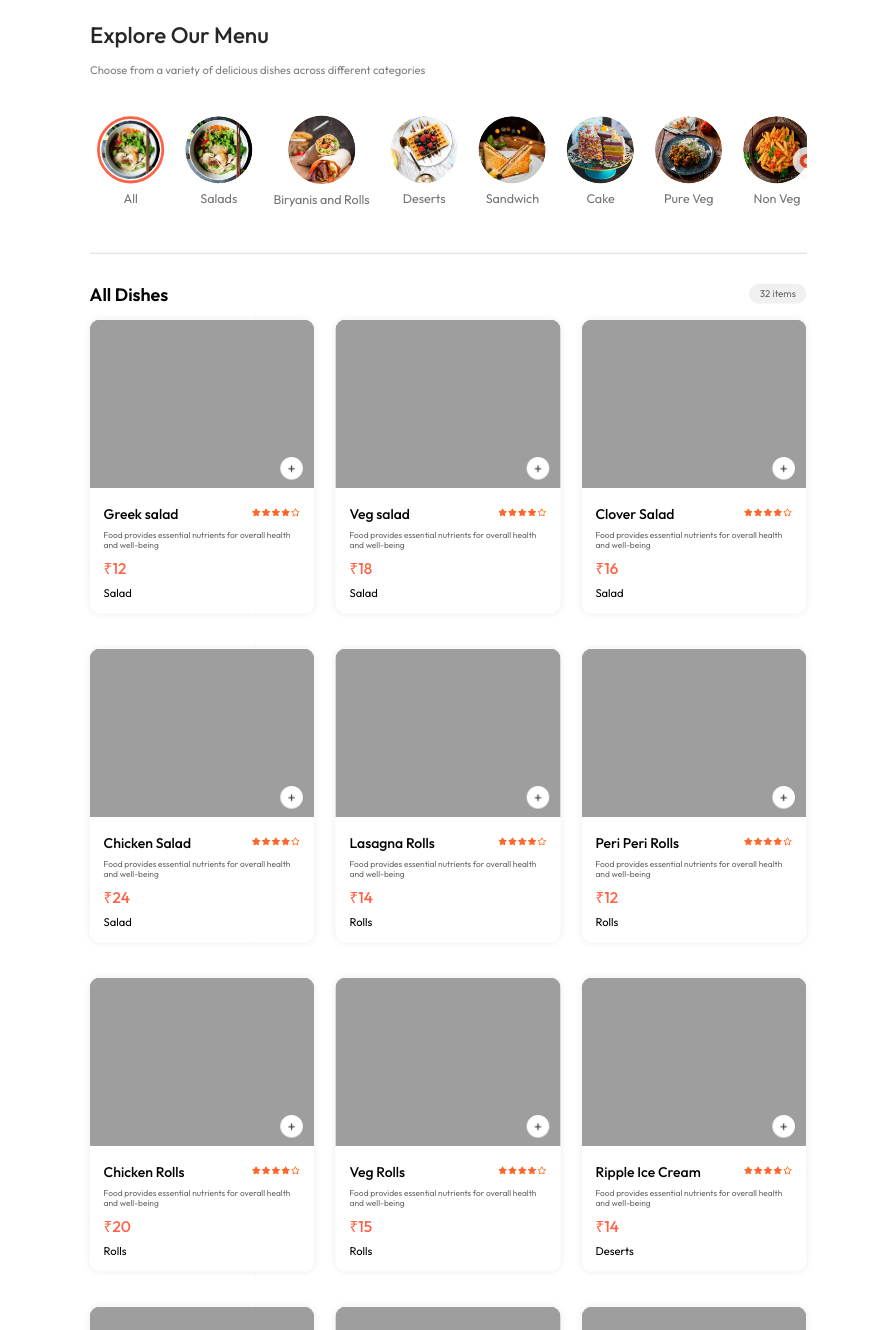
Repository: keyursanglikar/Hotel-Manangement
Page: / (app in frontend/)
An editor plug-in stored every save of this project. The page is shown before and after the next save, followed by the edit.
The browser window is 1280 px wide. The pictures show the part of the page from y = 609 to 2509 px (the page is 9373 px tall), at 70% of full size.
The page's requests for data from a server got no answer. The project was rebuilt for these pictures with package versions that can differ from the ones it lists, and the page was loaded fresh each time. No one was signed in, and anything a server would have sent is missing. Also part of the build but not shown: frontend/vite.config.js, frontend/src/pages/Cart/Cart.css, frontend/src/pages/Cart/Cart.jsx, frontend/src/pages/PlaceOrder/PlaceOrder.jsx, frontend/src/components/LoginPopup/LoginPopup.css, frontend/src/components/LoginPopup/LoginPopup.jsx, frontend/src/pages/Verify/Verify.css, frontend/src/pages/Verify/Verify.jsx and 2 more.

Above is the page before, as saved 2025-12-04 23:23:52.

After the next save:
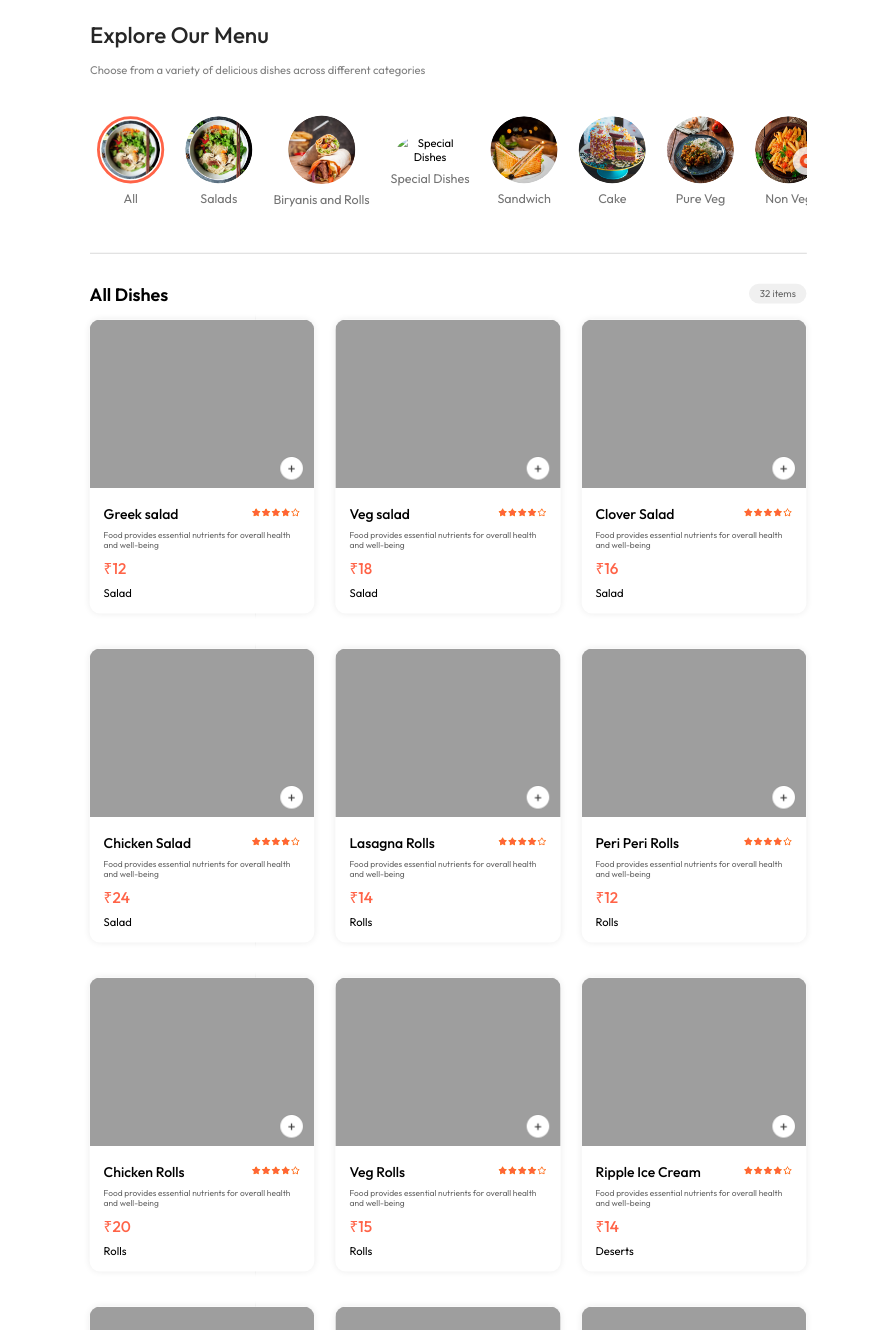
Saved 14 s later.
--- a/frontend/src/components/ExploreMenu/ExploreMenu.jsx
+++ b/frontend/src/components/ExploreMenu/ExploreMenu.jsx
@@ -43,7 +43,7 @@ const ExploreMenu = ({ category, setCategory }) => {
     "All",
     "Salads",
     "Biryanis and Rolls",
-    "Deserts",
+    "Special Dishes",
     "Sandwich",
     "Cake",
     "Pure Veg",
